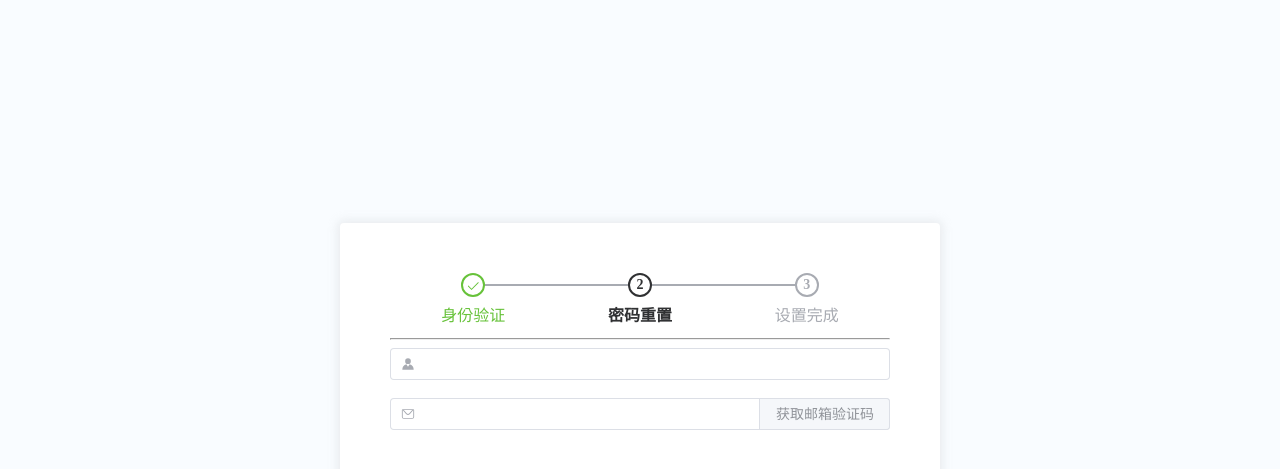
Repository: Harmony-camp/ckw-manager
Page: /#/ForgotPassword (app in manage/)
These files come from the project's save history. The page is drawn as it stood at one moment and after a run of saves; the edit follows.
The browser window is 1280 px wide. The pictures show the whole page.
The project was rebuilt for these pictures with package versions that can differ from the ones it lists, and the page was loaded fresh each time. Also part of the build but not shown: manage/vite.config.js.

Above is the page before, as saved 2023-05-27 10:29:28.

### manage/src/main.js
import { createApp } from 'vue'
import router from './router'
import ElementPlus from 'element-plus'
import 'element-plus/dist/index.css'
import App from './App.vue'
import store from './store'
import * as ELIcons from '@element-plus/icons-vue'
import storage from './utils/storage'

const app = createApp(App)

app.directive("has",{
	beforeMount:(el,binding)=>{

		let actionList = storage.getItem("actionList")
		let value = binding.value
		let hasPermission = actionList.includes(value)
		if(!hasPermission){
			el.style="display:none"
			setTimeout(()=>{
				el.parentNode.removeChild(el)
			},0)
		}
	}
})

for (let iconName in ELIcons) {
	app.component(iconName, ELIcons[iconName])
}

app.use(router).use(store).use(ElementPlus).mount('#app')

### manage/src/router/index.js
import { createRouter, createWebHashHistory } from 'vue-router'
import { defineAsyncComponent } from 'vue'

import storage from '../utils/storage'
import {getPermissionList} from '../api'
import utils from '../utils/utils'

const routes = [
  {
    name: "home",
    path: "/",
    component: ()=>import("../components/Home.vue"),
    redirect: "Welcome",
    meta: {
      title: "首页"
    },
    children: [
      {
        name: "welcome",
        path: "/welcome",
        meta: {
          title: "欢迎使用本系统"
        },
        component: () => import("../views/Welcome.vue")
      },
      {
        name: "profile",
        path: "/profile",
        redirect: "analysis",
        meta: {
          title: "个人中心"
        },
        component: () => import("../views/profile/index.vue"),
        children:[
          {
            name: "analysis",
            path: "/profile/analysis",
            meta: {
              title: "个人整体分析"
            },
            component: () => import("../views/profile/Analysis.vue"),
          },
          {
            name: "award-time",
            path: "/profile/award-time",
            meta: {
              title: "获奖时间"
            },
            component: () => import("../views/profile/AwardTime.vue"),
          },
        ]
      },
    ]
  },

  {
    name: "login",
    path: "/login",
    meta: {
      title: "登录"
    },
    component: () => import("../views/login/Login.vue")
  },
  {
    name: "register",
    path: "/register",
    meta: {
      title: "注册"
    },
    component: () => import("../views/login/Register.vue")
  },
  {
    name: "ForgotPassword",
    path: "/ForgotPassword",
    meta: {
      title: "注册"
    },
    component: () => import("../views/login/ForgotPassword.vue")
  },

  {
    name: "404",
    path: "/404",
    meta: {
      title: "页面不存在"
    },
    component: () => import("../views/login/404.vue")
  },

]

const router = createRouter({
  history: createWebHashHistory(),
  routes
})

async function loadAsyncRoutes(){
  let userinfo  = storage.getItem("userinfo") || {}
  if(userinfo.token){
    try{
      const {menuList} =  await getPermissionList()
      let routes = utils.generateRoute(menuList)
      routes.map(route=>{
        let url = `../views/${route.component}.vue`
        route.component =  ()=>import(/* @vite-ignore */url)
        router.addRoute("home",route)
      })
    }catch(error){
      console.log('error :>> ', error);
    }
  }
}

await loadAsyncRoutes()
function checkPermission(path){
  let routes =[]
  router.getRoutes().forEach(item=>{
    routes.push(item.path)
  })
  return routes.includes(path)
}

router.beforeEach((to,form,next)=>{
  if(checkPermission(to.path) || to.path =="/"){
    document.title = to.meta.title
    next()
  }else{
    next("/404")
  }
})

export default router

### manage/src/App.vue
<template>
  <router-view></router-view>
</template>

<script setup>

</script>

<style lang="scss">
@import './assets/style/reset.css';
@import './assets/style/index.scss';
</style>

### manage/src/store/index.js
/**
 * vuex状态管理
 */
import {createStore} from 'vuex'
import mutations from './mutations'
import storage from '../utils/storage'

const state = {
  userinfo:storage.getItem("userinfo") || {},
  menuLit:storage.getItem("menuList") || [],
  actionList :storage.getItem("actionListList") || [],
  noticeCount:0
}

export default createStore({
  state,
  mutations
})

### manage/src/utils/storage.js
/**
 * Storage二次封装
 * @author yyy
 */
import config from "../config"

export default{
  setItem(key,val){
    let storage = this.getStorage()
    storage[key] = val
    window.localStorage.setItem(config.namespace,JSON.stringify(storage))
  },
  getItem(key){
    return this.getStorage()[key]
  },
  getStorage(){
    return JSON.parse( window.localStorage.getItem(config.namespace )|| "{}")
  },
  clearItem(key){
    let storage = this.getStorage()
    delete storage[key]
    window.localStorage.setItem(config.namespace,JSON.stringify(storage))
  },
  clearAll(){
    window.localStorage.clear()
  },
}

### manage/src/api/index.js
/**
 * api管理
 */

import request from "../utils/request"

/**
 * 用户登录
 * @param {Object} params
 * @returns
 */
export  const UserLogin = (params)=>{
  return request({
      url:"/users/login",
      method:"post",
      data:params,
    })
  }

/**
 * 获取是否有信息需要处理
 * @param {Object} params
 * @returns
 */
export  const NoticeCount = (params)=>{
  return request({
    url:"/leave/count",
    method:"get",
    data:params,
    // mock:true
  })
}

/**
 * 获取菜单
 * @returns
 */
export  const MenuList = (params)=>{
  return request({
    url:"/menu/list",
    method:"get",
    data:params,
    // mock:true
  })
}

/**
 * 获取用户列表
 * @param {Object} params
 * @returns
 */

export  const GetUserList = (params)=>{
  return request({
    url:"/users/list",
    method:"get",
    data:params,
  })
}
export  const GetAllUserList = ()=>{
  return request({
    url:"/users/all/list",
    method:"get",
    // mock:true
  })
}
/**
 * 删除用户，可批量删除
 * @param {Array} params
 * @returns
 */
export  const UserDelete = (params)=>{
  return request({
    url:"/users/delete",
    method:"post",
    data:params,
    // mock:true
  })
}
/**
 * 获取角色信息
 * @returns
 */
export  const GetRoleAllList = ()=>{
  return request({
    url:"/roles/allList",
    method:"get",
    data:{},
    // mock:true
  })
}
export  const GetRoleList = (param)=>{
  return request({
    url:"/roles/list",
    method:"get",
    data:param,
    // mock:true
  })
}
/**
 * 获取部门信息
 * @returns
 */
export  const GetDeptList = (params)=>{
  return request({
    url:"/dept/list",
    method:"get",
    data:params,
    // mock:true
  })
}

/**
 * 角色增删改查
 * @param {Object} params
 * @returns
 */
export  const UserSubmit = (params)=>{
  return request({
    url:"/users/operate",
    method:"post",
    data:params,
    // mock:true
  })
}
/**
 * 菜单操作
 * @param {Object} params
 * @returns
 */
export  const MenuSubmit = (params)=>{
  return request({
    url:"/menu/operate",
    method:"post",
    data:params,
    // mock:true
  })
}

export  const RoleOperate = (params)=>{
  return request({
    url:"/roles/operate",
    method:"post",
    data:params,
    // mock:true
  })
}
export  const DeptOperate = (params)=>{
  return request({
    url:"/dept/operate",
    method:"post",
    data:params,
    // mock:true
  })
}
export  const UpdatePermission = (params)=>request({
    url:"/roles/update/permission",
    method:"post",
    data:params,
    // mock:true
})



export const getPermissionList = ()=>request.get("/users/getPermissionList")
export const GetApplyList  = params=>request.get("/leave/list",params,{mock:false})
export const LeaveOperate  = params=>request.post("/leave/operate",params,{mock:false})
export const LeaveApprove  = params=>request.post("/leave/approve",params,{mock:false})

export const dataToTestify  = params=>request.post("/teacher/createTestify",params)

//获取注册页面角色
export const getRegisterRoleList = params=>request.get("/roles/allList",params)

//获取模块分类排序数据
export const querySortList = params=>request.get("/teacher/query",params)

export const GetTeacherlList = params=>request.get("/teacher/list",params)
export const GetTeacherApprovallList = params=>request.get("/teacher/approvalList",params)

### manage/src/utils/utils.js
/**
 * 工具函数封装
 */
import {GetTeacherlList} from '../api'
export default{
  formateDate(date,rule){
    let fmt = rule || 'MM-dd hh:mm:ss'

    const o = {

      "M+":date.getMonth(),
      "d+":date.getDate(),
      "h+":date.getHours(),
      "m+":date.getMinutes(),
      "s+":date.getSeconds(),

    }
    for(let key in o){
      if(new RegExp(`(${key})`).test(fmt)){
        const val = o[key] + ''
        fmt =  fmt.replace(RegExp.$1,RegExp.$1.length==1?val:('00'+val).substring(val.length))
      }
    }
    return date.getFullYear()+"-" + fmt
  },
  generateRoute(menuList){
    let routes = []

    const deepList = (list)=>{
      while(list.length){
        let item = list.pop()
        if(item.action){
          routes.push({
            name:item.menuName,
            path:item.path,
            meta:{
              title:item.menuName
            },
            component:item.component
          })

        }
        if(item.children && !item.action){
          deepList(item.children)
        }
      }
    }
    deepList(menuList)
    return routes
  },
  async getTeacherApprovalList(action,userId){

    let res = await GetTeacherlList({action,userId})
    return res
  }
}

### manage/src/views/login/ForgotPassword.vue
<template>
  <div class="forgot-wrapper">
    <div class="modal">
      <el-steps align-center :active="active" finish-status="success">
        <el-step title="身份验证" />
        <el-step title="密码重置" />
        <el-step title="设置完成" />
      </el-steps>
      <hr />
      <div class="main">
        <div class="setIdentity" v-if="active == 1">
          <el-form >
            <el-form-item>
              <el-input :prefix-icon="Avatar" />
            </el-form-item>
            <el-form-item>
              <el-input :prefix-icon="Message" >
                <template #append>
                  <el-button>获取邮箱验证码</el-button>
                </template>
              </el-input>
            </el-form-item>
          </el-form>
        </div>
        <div class="setPassword" v-if="active == 2">2</div>
        <div class="success" v-if="active == 3">3</div>
      </div>
    </div>
  </div>
</template>

<script setup>
import {ref} from 'vue'
import { Avatar,Message } from "@element-plus/icons-vue";

const active = ref(1)

</script>

<style lang="scss">
.forgot-wrapper {
  display: flex;
  justify-content: center;
  align-items: center;
  background-color: #f9fcff;
  width: 100vw;
  height: 100vh;
  .modal {
    width: 600px;
    padding: 50px;
    background-color: #fff;
    border-radius: 4px;
    box-shadow: 0px 0px 10px 3px #c7c9cb4d;
  }
}
</style>

### manage/src/assets/style/index.scss
html, body {
  height: 100%;
  width: 100%;
}
*:not([class^='el-']) {
  box-sizing: border-box;
}
.white{
  background-color: #ffffff;
}
a{
  text-decoration: none;
}
.gray{
  background-color: #eef0f3;
}
.mr10{
  margin-right: 10px;
}
.mr20{
  margin-right: 20px;
}
.mb20{
  margin-bottom: 20px;
}
.m-lr10{
  margin-left: 10px;
  margin-right: 10px;
}
.p20{
  padding: 20px;
}
.pl20{
  padding-left: 20px;
}
.text-right{
  text-align: right;
}
.fr{
  float: right;
}
.flex{
  display: flex;
}
.flex-between{
  display: flex;
  justify-content: space-between;
}
.flex-center{
  display: flex;
  justify-content: center;
}
.tips{
  margin-left: 15px;
  color: #787878;
}


/*
* 公共样式
*/
.query-form {
  background-color: #ffffff;
  padding: 22px 20px 0;
  border-radius: 5px;
}
.base-table {
  border-radius: 5px;
  background: #ffffff;
  margin-top: 20px;
  margin-bottom: 20px;
  .action {
    border-radius: 5px 5px 0px 0px;
    background: #ffffff;
    padding: 20px;
    border-bottom: 1px solid #ece8e8;
  }
  .el-pagination{
     justify-content: flex-end;
     padding-right: 20px;
     padding-top: 20px;
     padding-bottom: 5px;
  }

}

### manage/src/store/mutations.js
/**
 * Mutations业务层数据提交
 */


import storage from "../utils/storage";

export default {
  saveUserInfo(state,userinfo){
    state.userinfo = userinfo;
    storage.setItem("userinfo",userinfo)
  },
  saveMenuList(state,menuList){
    state.menuList = menuList;
    storage.setItem("menuList",menuList)
  },
  saveActionList(state,actionList){
    state.actionList = actionList;
    storage.setItem("actionList",actionList)
  },
  saveNoticeCount(state,noticeCount){
    state.noticeCount = noticeCount;
    storage.setItem("noticeCount",noticeCount)
  },
}

### manage/src/config/index.js

const env = import.meta.env.MODE || "prod";

const EnvConfig = {
  dev:{
    baseApi:"/api",
    mockApi:"https://www.fastmock.site/mock/fa4c18963ab634ec12a063962937ba52/api"
  },
  test:{
    baseApi:"https://www.fastmock.site/mock/fa4c18963ab634ec12a063962937ba52/api",
    mockApi:"https://www.fastmock.site/mock/fa4c18963ab634ec12a063962937ba52/api"
  },
  prod:{
    baseApi:"/api",
    mockApi:"https://www.fastmock.site/mock/fa4c18963ab634ec12a063962937ba52/api"
  }
}

export default{
  env:"dev",
  mock:false,
  namespace:'manage',
  ...EnvConfig[env]
}

### manage/src/utils/request.js
/**
 * axios二次封装
 */

import axios from 'axios'
import {ElMessage} from 'element-plus'
import router from '../router'
import config from '../config'
import storage from './storage'
const TOKEN_INVALID = "token认证失败，请从新登陆"
const NETWORK_ERROR = "网络请求异常，请稍后重试"

//TODO axios实例对象，添加全局配置
const service = axios.create({
  baseURL:config.baseApi,
  timeout:8000
})


service.interceptors.request.use(req=>{

  //TODO 封装请求拦截
  const headers = req.headers;
  const {token} = storage.getItem("userinfo") || {}
  if(!headers.Authorization) headers.Authorization = "Bearer "  + token
  return req

})


service.interceptors.response.use(res=>{
  const {code,data,msg} = res.data;
  if(code === 200) return data;
  else if(code === 50001){
    ElMessage.error(TOKEN_INVALID)
    setTimeout(()=>{
      router.push('/login')
      return Promise.reject(TOKEN_INVALID)
    },1500)
  }else{
    ElMessage.error(msg|| NETWORK_ERROR)
    return Promise.reject(msg||NETWORK_ERROR)
  }

})


/**
 * 请求核心参数
 * @param {*} options 请求配置
 * @returns
 */

function request(options){
  options.method = options.method || "get"
  if(options.method.toLowerCase() === 'get'){
    options.params = options.data;
  }
  let isMock  = config.mock
  if(typeof options.mock != "undefined") isMock = options.mock
  if(config.env === 'prod'){
    service.defaults.baseURL = config.baseApi
  }else{
    service.defaults.baseURL = isMock? config.mockApi:config.baseApi
  }
  return service(options)
}

["get","post","put","delete",'patch'].forEach(item=>{
  request[item] = (url,data,options)=>{
    return request({
      url,
      data,
      method:item,
      ...options
    })
  }
})

export default request

Loaded but not shown: manage/index.html (common file); manage/src/assets/style/reset.css (common file)

After the next 3 saves:
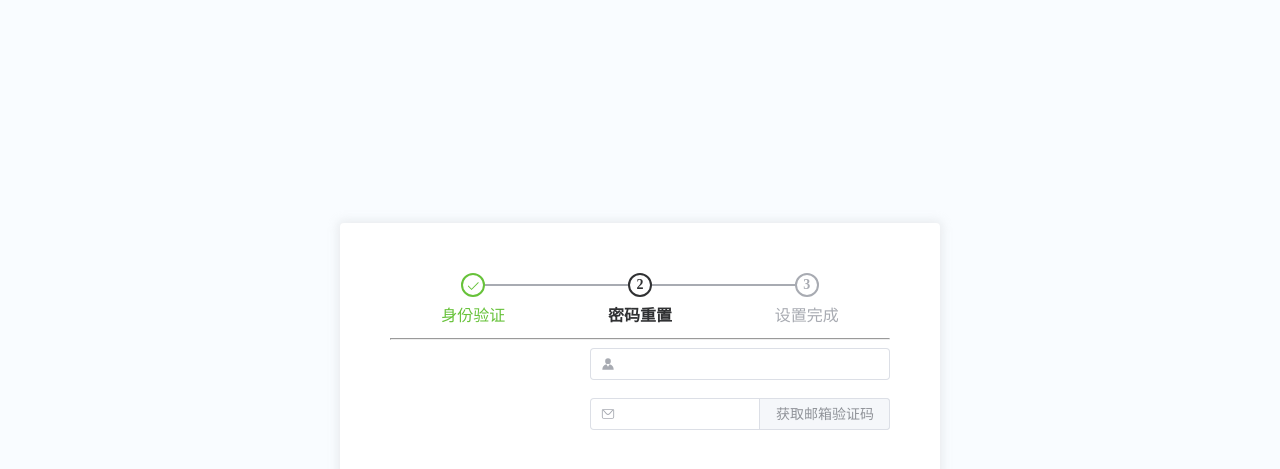
The 3 saves are shown as one change because they came seconds apart.
The last was saved 64 s later.
--- a/manage/src/views/login/ForgotPassword.vue
+++ b/manage/src/views/login/ForgotPassword.vue
@@ -9,7 +9,7 @@
       <hr />
       <div class="main">
         <div class="setIdentity" v-if="active == 1">
-          <el-form >
+          <el-form label-width="200px">
             <el-form-item>
               <el-input :prefix-icon="Avatar" />
             </el-form-item>
